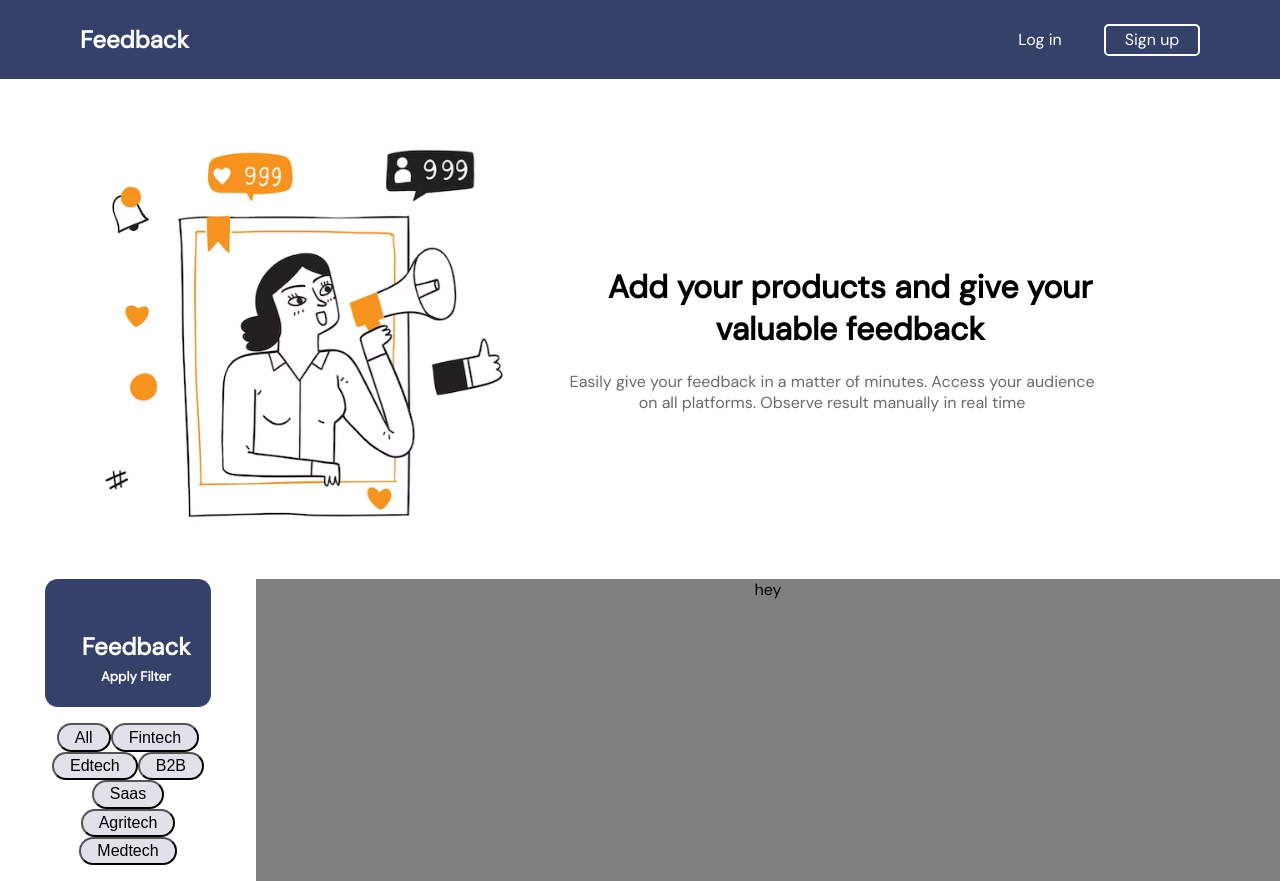
Repository: drumsmanku/final-evaluation-test
Page: / (app in client/)
These files come from the project's save history. The page is drawn as it stood at one moment and after the next save; the edit follows.
The browser window is 1280 px wide. The pictures show the whole page.
The page's requests for data from a server got no answer. The project was rebuilt for these pictures with package versions that can differ from the ones it lists, and the page was loaded fresh each time. No one was signed in, and anything a server would have sent is missing.

Above is the page before, as saved 2023-07-29 11:24:23.

### client/src/App.js
import './App.css';
import { BrowserRouter as Router, Route, Routes} from 'react-router-dom';
import MainPage from './Components/MainPage';
function App() {
  return (
    <div className="App">
      <Router>
        <Routes>
          <Route path='/' element={<MainPage/>}/>


        </Routes>
      </Router>
    </div>
  );
}

export default App;

### client/src/Components/MainPage.js
import React, {useState, useEffect} from 'react';
import '../CSS/MainPage.css';
import profile from'../Assets/profilepic.webp';
import img1 from '../Assets/frontphoto.png';
import axios from 'axios';

const buttonTitles=['All', 'Fintech', 'Edtech', 'B2B', 'Saas', 'Agritech', 'Medtech'];
const buttonStyles={
  padding:'0.2rem 1rem 0.2rem 1rem',
  backgroundColor:'#36416A26',
  fontSize:'medium',
  borderRadius:'1rem'
}

function MainPage() {
  const [categorySet, setCategorySet]=useState([])
  const [isLoggedIn, setIsLoggedIn]=useState(false);
  const [products, setProdcts]=useState([])
  useEffect(()=>{
    const User=localStorage.getItem('user');
    if(User){
      setIsLoggedIn(true);
    }

  }, []);
  const handleLogout=()=>{
    localStorage.removeItem('user');
    setIsLoggedIn(false);
  }
  const handleCategoryClick=(event)=>{
    const currentCat=event.target.value;
    if(!categorySet.includes(currentCat)){
      setCategorySet([...categorySet, event.target.value]);
    }
    else{
      setCategorySet(categorySet.filter(cat=>cat!=currentCat))
    }

  }

  useEffect(()=>{
    const category=categorySet
    axios.get(`http://localhost/4000/get-prods/category=${category.join(',')}`)
    .then((res)=>{setProdcts(res.data.products)})
    .catch(err=>console.log(err))

  }, [categorySet])

  return (
    <div className='main-container'>
      <div className="main-top-container">
        <div className='navbar' >
          <div style={{display:'flex',width:'100%', justifyContent:' space-between', alignItems:'center',}}>
          <h3 style={{marginLeft:'5rem', color:'white', fontSize:'1.5rem'}}>Feedback</h3>
          <div style={{display:'flex', marginRight:'5rem'}}>
              {isLoggedIn ? (
                <>
                  <button style={{background:'none', fontSize:'large', border:'none', fontFamily:'DM Sans', color:'white'}} onClick={handleLogout}>Logout</button>
                  <span style={{color:'white', fontFamily:'DM Sans', fontSize:'large', display:'flex', alignItems:'center', marginLeft:'1rem'}}>Hello!</span>
                  <img src={profile} alt="" height={50} width={50} style={{borderRadius:'100%', marginLeft:'1rem'}} />
                </>
              ) : (
                <>
                  <button className='btn-main-page-login' type='submit'  >Log in</button>
                  <button type='submit'  className='btn-main-page-register' >Sign up</button>
                </>
              )}
            </div>
          </div>
        </div>
        <div className="title-desc">
          <img src={img1} alt="" height={500} style={{marginLeft:'3rem'}}/>
          <div style={{display:'flex', flexDirection:'column', marginLeft:'2rem'}}>
              <h1 style={{maxWidth:'80%'}}> Add your products and give your valuable feedback</h1>
              <span style={{maxWidth:'75%', color:'#6A6A6A'}}>Easily give your feedback in a matter of minutes. Access your audience on all platforms. Observe result manually in real time</span>
          </div>
        </div>
      </div>
      <div className="main-bottom-container">
        <div className="bottom-left">
          <article style={{backgroundColor:'#36416A', width:'65%', color:'white', paddingTop:'2rem', borderRadius:'0.8rem'}}>
            <h2 style={{marginBottom:'0.4rem',marginLeft:'1rem'}}>Feedback</h2>
            <h5 style={{marginTop:0, marginLeft:'1rem'}}>Apply Filter</h5>
          </article>
          <article style={{width:'65%', borderRadius:'0.8rem', padding:'1rem'}}>
             {buttonTitles.map((title, idx)=>(
              <button style={{...buttonStyles}} key={idx}>{title}</button>
             ))}
          </article>
        </div>
        <div className="bottom-right">
          hey
        </div>
      </div>
    </div>
  )
}

export default MainPage

### client/src/CSS/MainPage.css
@import url('https://fonts.googleapis.com/css2?family=DM+Sans&display=swap');

body{
  font-family: 'DM Sans';
}
.main-container{
  height: 100vh;
  width: 100vw;
  display: flex;
  flex-direction: column;

}
.main-top-container{
  width: 100%;
}
.btn-main-page-login{
  height: 2rem;
  width: 6rem;
  font-weight: 500;
  font-size: medium ;
  background: none;
  border: none;
  border-radius: 0.3rem;
  margin-left: 1rem;
  margin-bottom:0;
  color: white;
  font-family: 'DM Sans';
  cursor: pointer;
}
.btn-main-page-register{
  height: 2rem;
  width: 6rem;
  font-size: medium;
  font-weight: 500;
  background-color: #36416A;
  border: 2px solid white;
  border-radius: 0.3rem;
  margin-left: 1rem;
  margin-bottom:0;
  color: white;
  font-family: 'DM Sans';
  cursor: pointer;
}
.navbar{
  width: 100%;
  background-color: #36416A;
}
.title-desc{
  width: 100%;
  display: flex;
  align-items: center;
  justify-content: space-around;

}
.bottom-left{
  width: 20%;
  display: flex;
  flex-direction: column;
  align-items: center;

}
.bottom-right{
  width: 80%;
  background-color: gray;
}
.main-bottom-container{
  width:100%;
  display: flex;
}

Loaded but not shown: client/public/index.html (common file); client/src/index.js (common file); client/src/index.css (common file); client/src/App.css (common file)

After the next save:
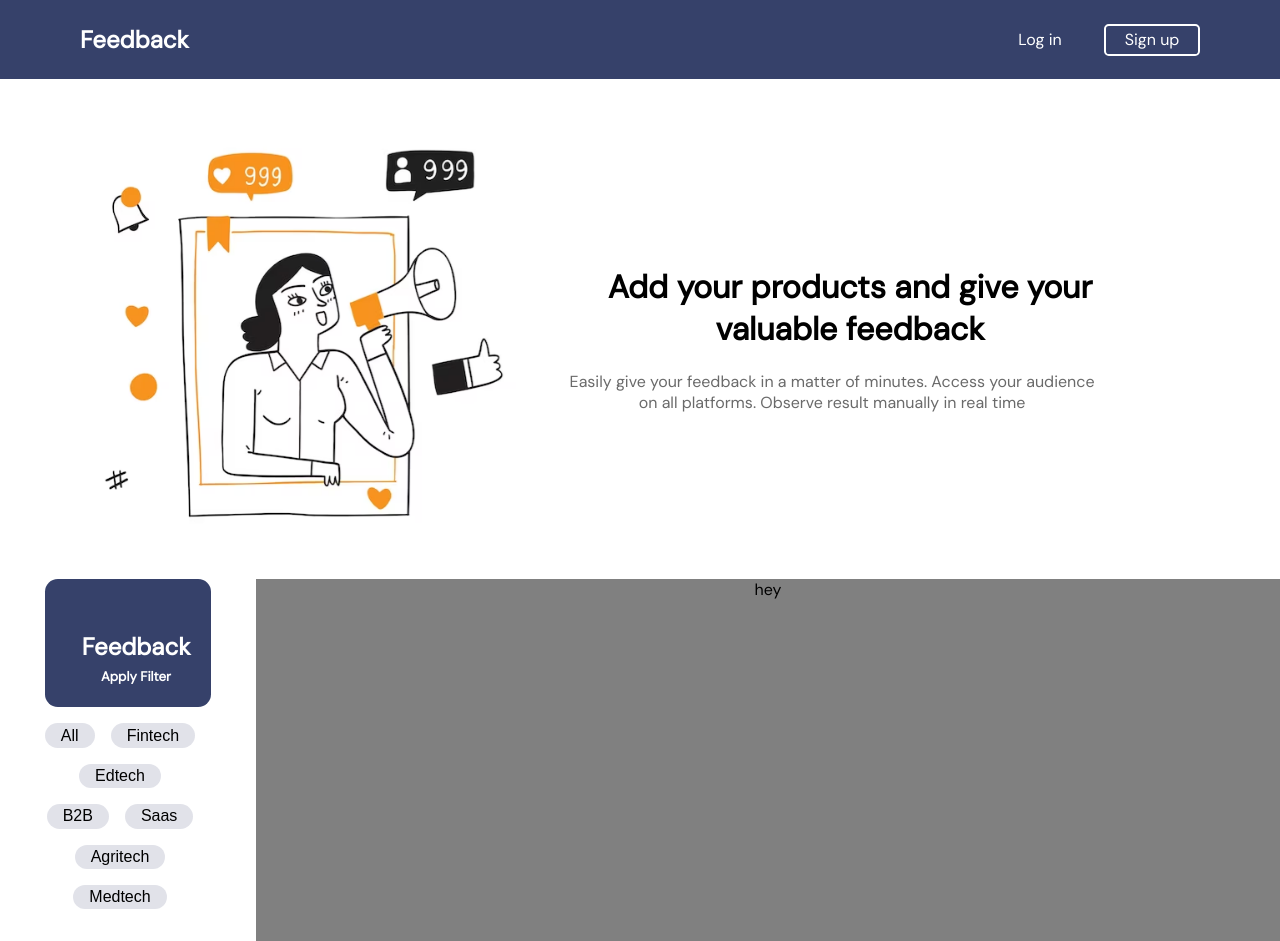
Saved 93 s later.
--- a/client/src/Components/MainPage.js
+++ b/client/src/Components/MainPage.js
@@ -9,7 +9,9 @@ const buttonStyles={
   padding:'0.2rem 1rem 0.2rem 1rem',
   backgroundColor:'#36416A26',
   fontSize:'medium',
-  borderRadius:'1rem'
+  borderRadius:'1rem',
+  border:'none',
+  margin:'0 1rem 1rem 0'
 }
 
 function MainPage() {
